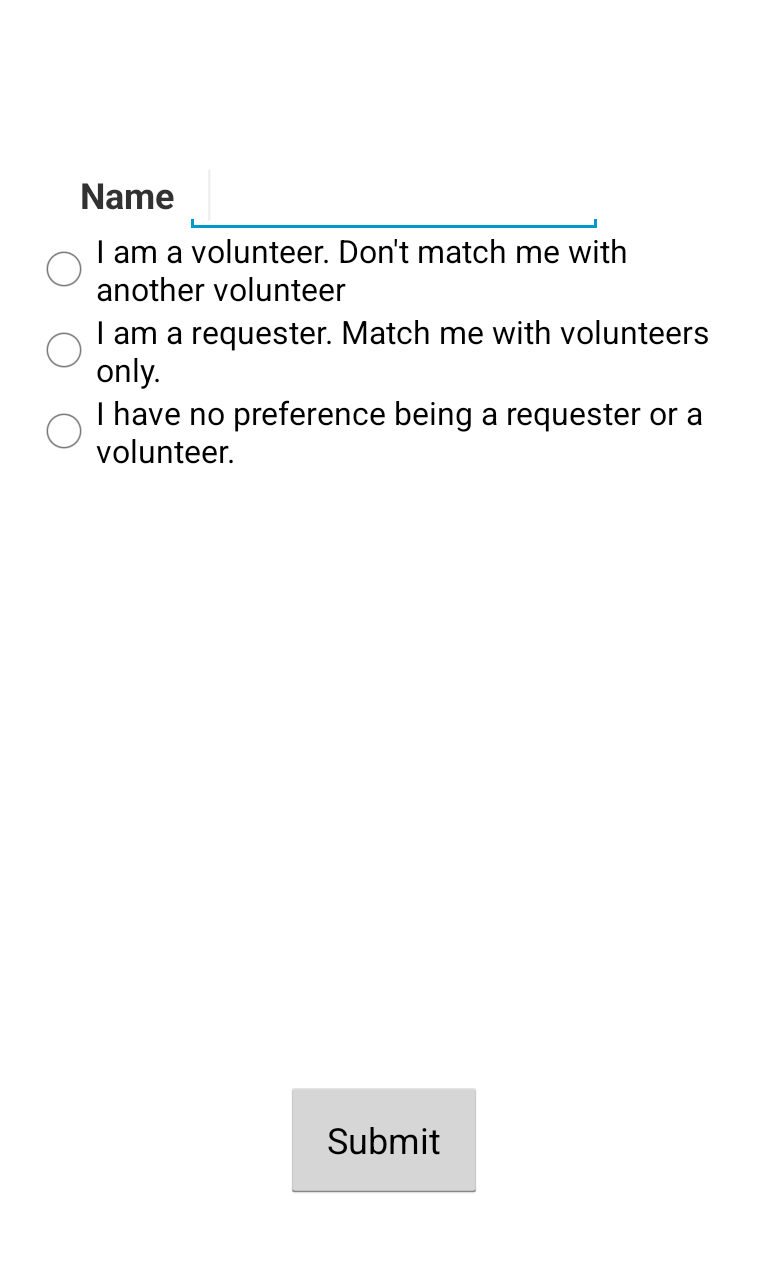
Repository: rwillmot/CS180-SafeWalk-Phase2
Layout: SafeWalkAndroidClient/res/layout/client_fragment_layout.xml
The author's editor kept a copy of each file at every save. The layout is drawn from the files as they stood at one save, then again after a run of saves.
It is drawn on a 768 x 1280 px phone screen (xhdpi) without system bars, with theme AppTheme; the app's code is not run.

Above is the layout before, as saved 2014-12-02 21:45:43.

After the next 2 saves:
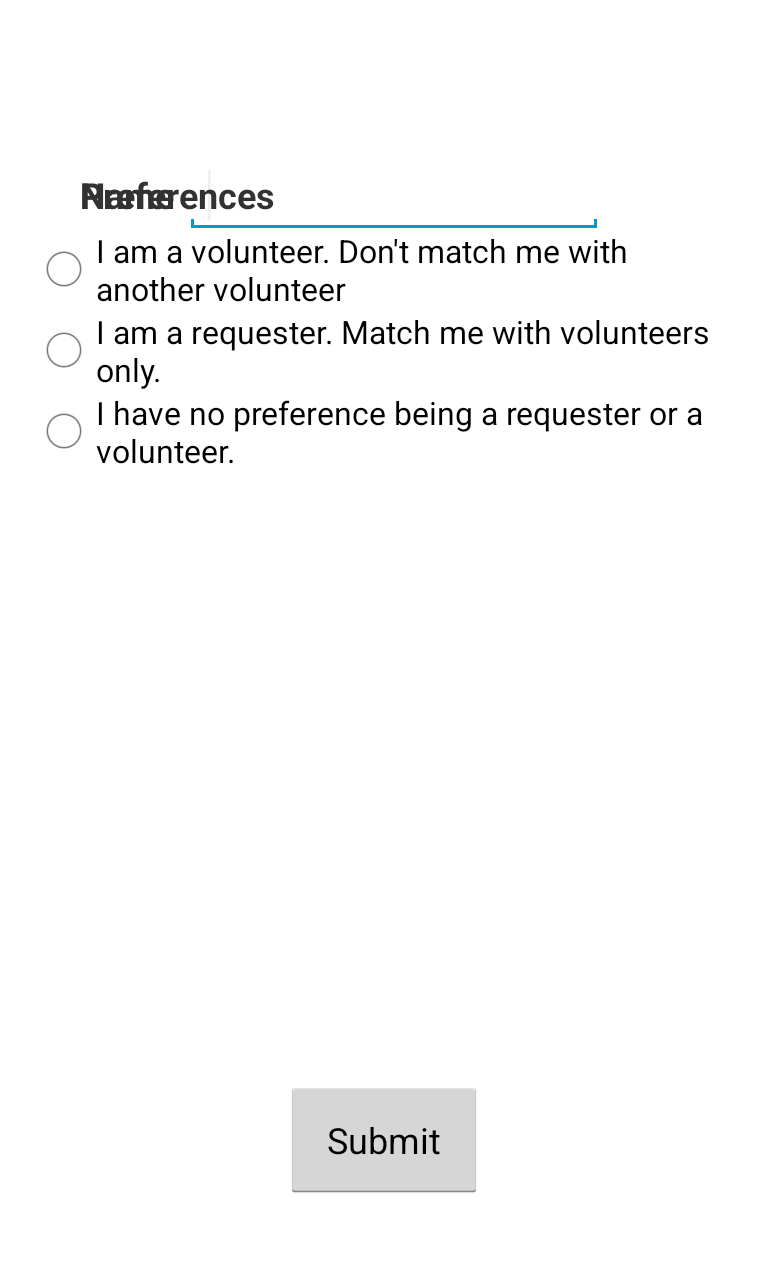
The 2 saves are shown as one change because 1 did not build or start.
The last was saved 6 min 42 s later.
--- a/SafeWalkAndroidClient/res/layout/client_fragment_layout.xml
+++ b/SafeWalkAndroidClient/res/layout/client_fragment_layout.xml
@@ -59,7 +59,7 @@
         android:layout_width="fill_parent"
         android:layout_height="wrap_content"
         android:orientation="vertical"
-        android:layout_below="@+id/et_name">
+        android:layout_below="@+id/et_preferences">
 
     <RadioButton
         android:id="@+id/radio_volunteer"
@@ -85,8 +85,20 @@
         android:layout_below="@+id/radio_volunteer"
         android:layout_alignLeft="@+id/radio_requester"
         android:onClick="onRadioButtonClicked"
-        android:text="I have no preference being a requester or a volunteer." >
+        android:text="I have no preference being a requester or a volunteer." />
+</RadioGroup>
 
-    </RadioButton>
-</RadioGroup>
+      <TextView
+        android:id="@+id/et_preferences"
+        android:layout_width="wrap_content"
+        android:layout_height="wrap_content"
+        android:layout_alignParentLeft="true"
+        android:layout_alignParentTop="true"
+        android:layout_below="@+id/et_name"
+        android:layout_marginLeft="19dp"
+        android:layout_marginTop="64dp"
+        android:padding="@dimen/padding"
+        android:text="Preferences"
+        android:textSize="18sp"
+        android:textStyle="bold" />
 </RelativeLayout>
